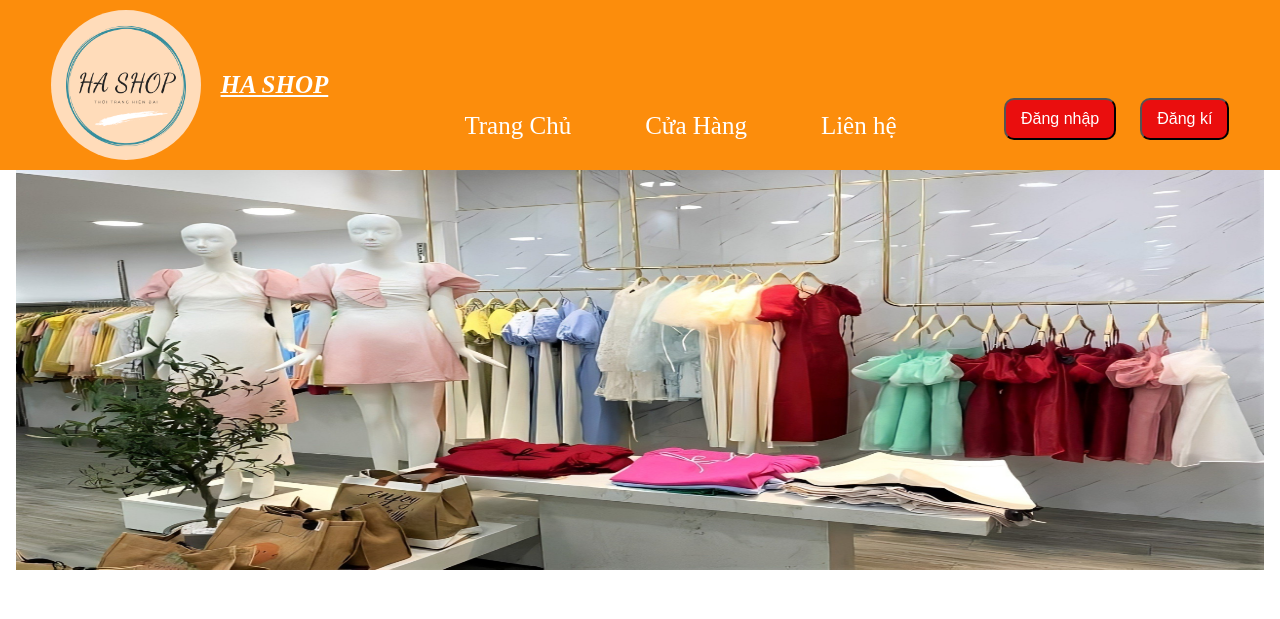
Repository: manhhieu120499/demo_page
Page: trangchu.html
An editor plug-in stored every save of this project. The page is shown before and after a run of saves, followed by the edit.
The browser window is 1280 px wide. The pictures show the whole page.

Above is the page before, as saved 2023-03-04 10:16:48.

### trangchu.html
<!DOCTYPE html>
<html lang="en">

<head>
    <meta charset="UTF-8" />
    <meta http-equiv="X-UA-Compatible" content="IE=edge" />
    <meta name="viewport" content="width=device-width, initial-scale=1.0" />
    <title>Document</title>
    <link rel="stylesheet" href="./style_trangchu.css">
</head>

<body>
    <div class="wrap">
        <div class="header">
            <div class="left-header">
                <img src="./Thời trang hiện dại.png" alt="logo_shop" class="picture"/>
                <h2 class="shop_name">HA SHOP</h2>
            </div>

            <div class="right-header">
                <div class="link">
                    <a href="#">Trang Chủ</a>
                    <a href="#">Cửa Hàng</a>
                    <a href="#">Liên hệ</a>
                </div>
                 <div class="btn">
                     <button>Đăng nhập</button>
                     <button>Đăng kí</button>
                 </div>
            </div>
        </div>

        <div class="slide_bar">
            <img src="./slide.jpg" alt="slide_picture">
        </div>


</body>

</html>

### style_trangchu.css
* {
    margin: 0;
    box-sizing: border-box;
}


.header {
    background-color: #FC8D0C;
    display: flex;
    justify-content: space-around;
    position: fixed;
    width: 100%;
    top: 0;
    left: 0;
    padding: 10px 0;
}

.left-header {
    display: flex;
    align-items: center;
    gap: 20px;
}

.left-header .picture {
    width: 150px;
    height: 150px;
    border-radius: 50%;
}

.left-header .shop_name {
    color: white;
    font-size: 25px;
    text-decoration: underline;
    font-style: italic;
}

.right-header .link > a {
    color: white;
    text-decoration: none;
    font-size: 25px;
    padding: 10px 35px;
}

.right-header {
    width: 800px;
    display: flex;
    align-items: flex-end;
    margin-bottom: 20px;
    justify-content: space-between;
}

.right-header .btn > button {
    background-color: #EA0E0E;
    padding: 10px 15px;
    border-radius: 10px;
    margin-left: 20px;
    font-size: 16px;
    color: white;
}

/* slide bar*/
.slide_bar {
    margin-top: 170px;
    height: 400px;
}
.slide_bar > img{
    width: calc(100% - 32px);
    margin-left: 16px;
    height: 400px;
}

After the next 2 saves:
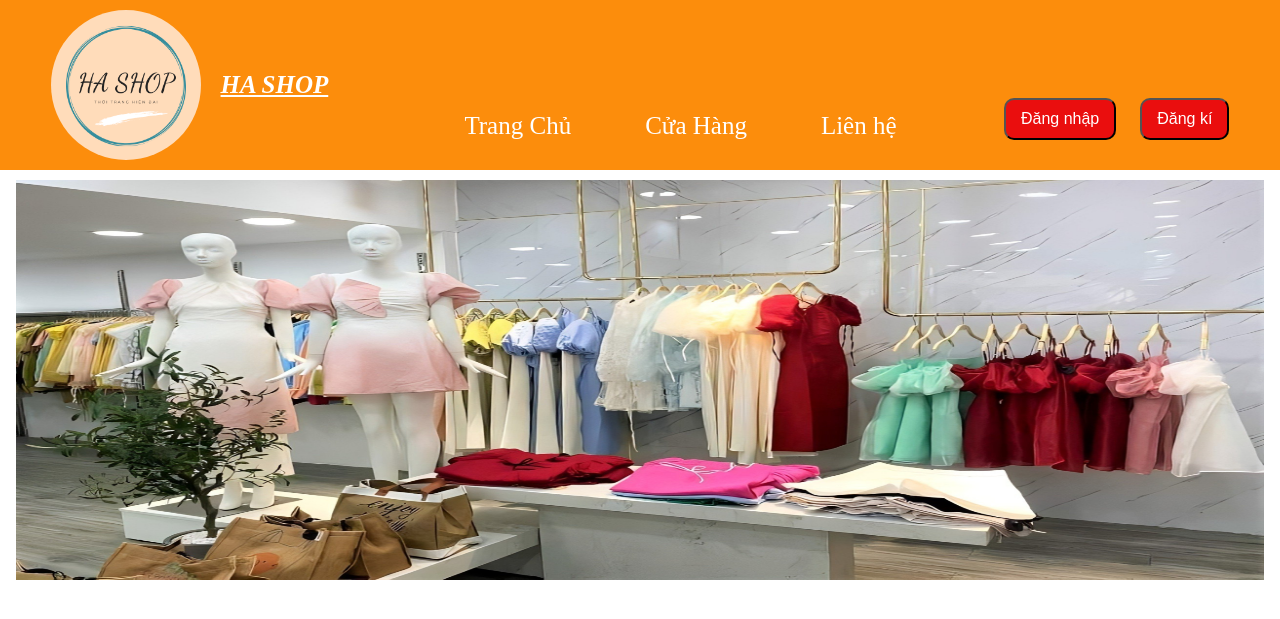
The 2 saves are shown as one change because they came seconds apart.
The last was saved 10 s later.
--- a/style_trangchu.css
+++ b/style_trangchu.css
@@ -60,7 +60,7 @@
 
 /* slide bar*/
 .slide_bar {
-    margin-top: 170px;
+    margin-top: 180px;
     height: 400px;
 }
 .slide_bar > img{
